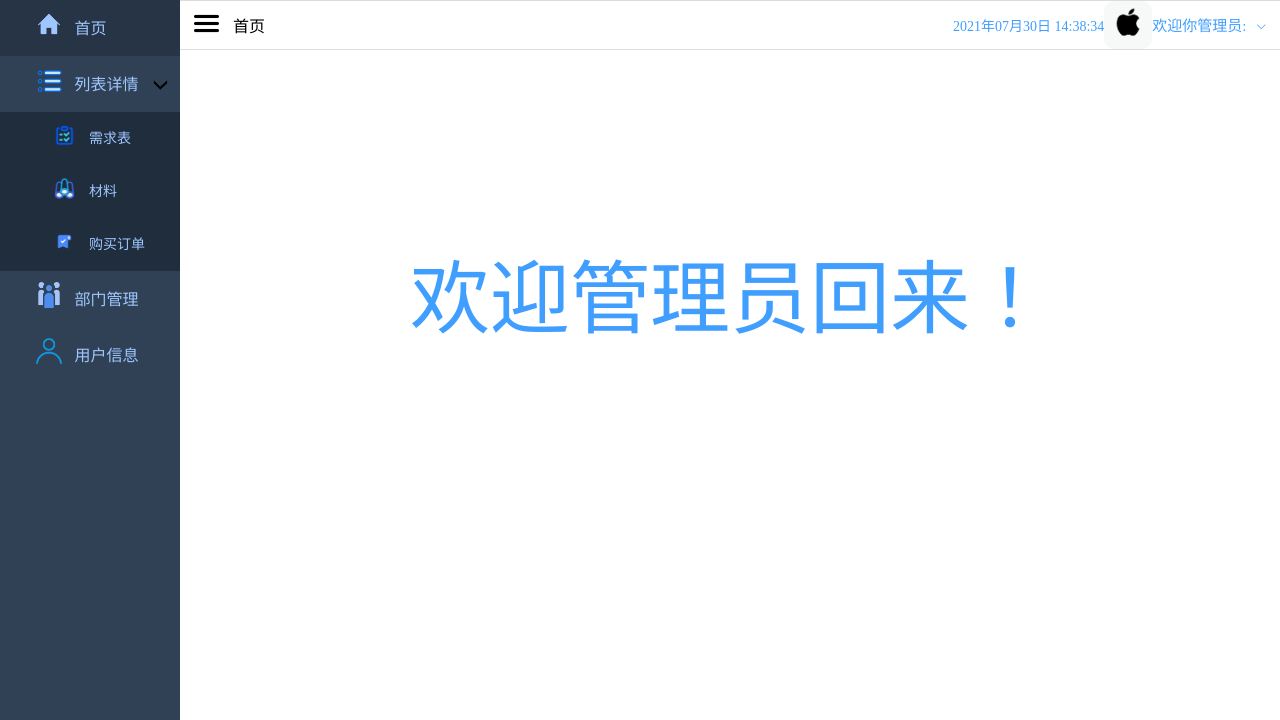
Repository: 572031690/fwwb-proj
Page: /#/home/body
The author's editor kept a copy of each file at every save. The page is drawn from the files as they stood at one save, then again after the next save.
The browser window is 1280 px wide. The pictures show the whole page.
The project was rebuilt for these pictures with package versions that can differ from the ones it lists, and the page was loaded fresh each time. Also part of the build but not shown: vue.config.js, src/unusercom/EditData.vue, src/components/Adddata.vue, src/view/home/User.vue, src/view/home/Item.vue, src/view/home/Buy.vue, src/components/Test.vue, src/components/ValidateCode.vue and 1 more.

Above is the page before, as saved 2021-08-12 19:19:29.

### public/index.html
<!DOCTYPE html>
<html lang="">
  <head>
    <meta charset="utf-8">
    <meta http-equiv="X-UA-Compatible" content="IE=edge">
    <meta name="viewport" content="width=device-width,initial-scale=1.0">
    <link rel="icon" href="<%= BASE_URL %>favicon.ico">
    <title><%= htmlWebpackPlugin.options.title %></title>
    <!-- 配置jquery -->
    <!-- <script src="http://ajax.googleapis.com/ajax/libs/jquery/1.8.0/jquery.min.js"></script> -->
     <!-- 百度的适口 -->
     <meta name="viewport" content="width=device-width,minimum-scale=1.0,maximum-scale=1.0,user-scalable=no">
     <!-- 搜索框 -->
     <meta http-equiv="X-UA-Compatible" content="IE=edge">
    <meta name="viewport" content="width=device-width, initial-scale=1.0">
    <link href="http://cdn.bootcss.com/font-awesome/4.7.0/css/font-awesome.min.css" rel="stylesheet">
  </head>
  <body>
    <noscript>
      <strong>We're sorry but <%= htmlWebpackPlugin.options.title %> doesn't work properly without JavaScript enabled. Please enable it to continue.</strong>
    </noscript>
    <div id="app"></div>
    <!-- built files will be auto injected -->
  </body>
</html>

### src/App.vue
<template>
  <div id="app" >
	  		<!-- <v-login></v-login> -->
			<router-view ></router-view>
	</div>
</template>

<script>

export default {
  data () {
    	return {

    	}
  	},
  	methods: {

  	},
  components: {
  },
  mounted () {
    this.$router.push({ path: 'login' }) // 页面跳转
  }
}

</script>

<style>

</style>

### src/assets/CSS/basic.css
a {
        text-decoration: none;
}

* {
        padding: 0;
        margin: 0;
}

html, body {
        height: 100%;
}

### src/view/Home.vue
<template>
  <div id="Home" ref="gobacklogin">
    <div :class="{ leftNavigation: navshow, leftNavigationChange: !navshow }">
      <div v-for="item in routerList" v-show="item.showtab">
        <div @click="judgeType(item)" class="navhome">
          <img :src="item.imgSrc" class="navhome-img" />
          <span class="spans1" :ref="item.ref">{{ item.label }}</span>
          <img
            v-if="item.type === 'tips'"
            :src="item.imgtips"
            class="arrow"
            ref="arrow"
          />
        </div>
        <!-- 子列表 -->
        <div
          class="navhome-box"
          ref="navhomebox"
          v-if="item.childrenList.length"
          v-show="item.showtab"
        >
          <transition name="navhom">
            <div class="navhome-son" v-show="navSonShow">
              <div
                @click="goToRouter(item)"
                v-for="(item, index) in item.childrenList"
              >
                <div class="namehome-son1">
                  <img :src="item.imgSrc" class="navson-img" />
                  <span :ref="item.ref">{{ item.label }}</span>
                </div>
              </div>
            </div>
          </transition>
        </div>

        <!-- <div class="navhome" @click="changearrow()" v-if="item.type === 'tips'">
          <img :src="item.imgSrc" class="navhome-img" />
          <span class="spans1" :ref="item.ref">{{ item.label }}</span>
          <img :src="item.imgtips" class="arrow" ref="arrow" />
        </div> -->
      </div>
      <!-- <router-link to="/home/homewel">
        <div class="navhome">
          <img src="../assets/homeimg.png" class="navhome-img" />
          <span class="spans1" ref="spans1">首页</span>
        </div>
      </router-link>
      <div class="navhome" @click="changearrow()" id="listlep">
        <img src="../assets/item.png" class="navhome-img" />
        <span ref="spans2">列表详情</span>
        <img src="../assets/小箭头.png" class="arrow" ref="arrow" />
      </div> -->

      <!-- <div class="navhome-box" ref="navhomebox">
        <transition name="navhom">
          <div class="navhome-son" v-show="navSonShow">
            <div @click="goToRouter">
              <div class="namehome-son1">
                <img src="../assets/body.png" class="navson-img" />
                <span ref="spans7">需求表</span>
              </div>
            </div>
            <router-link to="/home/item">
              <div class="namehome-son1">
                <img src="../assets/material.png" class="navson-img" />
                <span ref="spans6">材料</span>
              </div>
            </router-link>

            <router-link to="/home/buy">
              <div class="namehome-son1">
                <img src="../assets/buy.png" class="navson-img" />
                <span ref="spans5">购买订单</span>
              </div>
            </router-link>
          </div>
        </transition>
      </div> -->

      <!-- <div class="navhome-box" ref="navhomebox">
        <transition name="navhom">
          <div class="navhome-son" v-show="navSonShow">
            <div @click="goToRouter(item)" v-for="(item, index) in routerList">
              <div class="namehome-son1">
                <img :src="item.imgSrc" class="navson-img" />
                <span :ref="item.ref">{{ item.label }}</span>
              </div>
            </div>
          </div>
        </transition>
      </div> -->

      <!-- <router-link to="/home/department" v-show="admin">
        <div class="navhome">
          <img src="../assets/department.png" class="navhome-img" />
          <span ref="spans3">部门管理</span>
        </div>
      </router-link>
      <router-link to="/home/user" v-show="admin">
        <div class="navhome">
          <img src="../assets/user.png" class="navhome-img" />
          <span ref="spans8">用户信息</span>
        </div>
      </router-link> -->
    </div>

    <div
      :class="{ rightNavigation: navshow, rightNavigations: !navshow }"
      ref="right1"
    >
      <div class="rightnav-top">
        <div class="rightnav-topimg">
          <img
            src="../assets/heng.png"
            class="rightnav-topimghome"
            ref="rightnavtopimghome"
            @click="changehomeimg()"
          />
        </div>

        <span>首页</span>
        <!-- <v-search class="searchfa"></v-search> -->

        <div class="topright">
          <span class="top-time">{{ nowTime }}</span>
          <!-- 苹果图标 -->
          <img src="../assets/timg.jpg" class="timg" />
          <!-- 退出下拉框 -->
          <el-dropdown @command="gobacklogin" class="elsign-out">
            <span class="el-dropdown-link">
              欢迎你管理员: <span class="adminname">{{ adminname }} </span
              ><i class="el-icon-arrow-down el-icon--right"></i>
            </span>
            <el-dropdown-menu slot="dropdown">
              <el-dropdown-item command="a">退出登陆</el-dropdown-item>
            </el-dropdown-menu>
          </el-dropdown>
        </div>
      </div>

      <router-view></router-view>
    </div>
  </div>
</template>

<script>
// 引入jquery
// import $ from 'jquery'
// 引入搜索框
import EditData from "../unusercom/EditData.vue";

export default {
  data() {
    return {
      nowTime: "",
      thistime: "",
      key: 90,
      arrowflag: true,
      imghomeflag: true,
      adminname: "",
      departmentID: "",
      navshow: true,
      navSonShow: true,
      lastTime: 0, // 默认上一次点击时间为0
      admin: true,
      routerChioce: 1,
      routerList: [
        {
          type: "router",
          index: 1,
          path: "/home/homewel",
          label: "首页",
          ref: "spans1",
          disabled: false,
          imgSrc: require("@/assets/homeimg.png"),
          showtab: true,
          childrenList: []
        },
        {
          type: "tips",
          index: 2,
          path: "",
          label: "列表详情",
          ref: "spans2",
          disabled: true,
          imgSrc: require("@/assets/item.png"),
          imgtips: require("@/assets/小箭头.png"),
          showtab: true,
          childrenList: [
            {
              index: 21,
              path: "/home/body",
              label: "需求表",
              ref: "spans7",
              disabled: false,
              imgSrc: require("@/assets/body.png")
            },
            {
              index: 22,
              path: "/home/item",
              label: "材料",
              ref: "spans6",
              disabled: false,
              imgSrc: require("@/assets/material.png")
            },
            {
              index: 23,
              path: "/home/buy",
              label: "购买订单",
              ref: "spans5",
              disabled: false,
              imgSrc: require("@/assets/buy.png")
            }
          ]
        },
        {
          type: "router",
          index: 3,
          path: "/home/department",
          label: "部门管理",
          ref: "spans3",
          disabled: false,
          imgSrc: require("@/assets/department.png"),
          showtab: true,
          childrenList: []
        },
        {
          type: "router",
          index: 4,
          path: "/home/user",
          label: "用户信息",
          ref: "spans8",
          disabled: false,
          imgSrc: require("@/assets/user.png"),
          showtab: true,
          childrenList: []
        }
      ]
    };
  },
  methods: {
    // 旋转子列箭头
    changearrow() {
      this.navSonShow = !this.navSonShow;
      if (this.arrowflag) {
        this.$refs.arrow[0].style.transform = "rotate(270deg)";
        this.arrowflag = !this.arrowflag;
      } else {
        this.$refs.arrow[0].style.transform = "rotate(90deg)";
        this.arrowflag = !this.arrowflag;
      }
      // e.srcElement.style.transform="'rotate('+this.key+'deg)'";
      // e.srcElement.style.transform="rotate(180deg)";
      // console.log(e.srcElement.dataset.aid);
    },
    // 右边栏三条杠点击事件
    changehomeimg() {
      // 动画class绑定
      this.navshow = !this.navshow;
      let status = "none";
      let rotate = "rotate(90deg)";
      let times = 0;
      // 首页旁边三条杠图标旋转和文字消失
      if (this.imghomeflag) {
        status = "none";
        rotate = "rotate(90deg)";
        times = 0;
      } else {
        status = "block";
        rotate = "rotate(0deg)";
        times = 700;
      }
      this.$refs.rightnavtopimghome.style.transform = rotate;
      this.imghomeflag = !this.imghomeflag;
      const me = this;
      setTimeout(function() {
        me.$refs.spans1[0].style.display = status;
        me.$refs.spans2[0].style.display = status;
        me.$refs.spans3[0].style.display = status;
        me.$refs.arrow[0].style.display = status;
        me.$refs.spans5[0].style.display = status;
        me.$refs.spans6[0].style.display = status;
        me.$refs.spans7[0].style.display = status;
        me.$refs.spans8[0].style.display = status;
      }, times);
    },
    // 开始动画文字出现延迟
    changehomeimgCreate() {
      this.changehomeimg();
      this.changehomeimg();
    },

    // 退出登陆方法
    gobacklogin(command) {
      this.$confirm("是否退出登陆", "提示", {
        confirmButtonText: "确定",
        cancelButtonText: "取消",
        type: "warning"
      }).then(() => {
        sessionStorage.clear(); // 删除所有数据
        this.$router.push({ name: "login" }); // 直接跳转
        this.$message({
          type: "success",
          message: "退出登陆成功!"
        });
      });
    },

    // init(){
    //     this.$nextTick(()=>{
    //     var flagwel = this.$store.state.flagwel;
    //     this.$refs.welcomehome.style.display=flagwel;
    //     })
    // }
    // 显示当前时间（年月日时分秒）
    timeFormate(timeStamp) {
      const year = new Date(timeStamp).getFullYear();
      const month =
        new Date(timeStamp).getMonth() + 1 < 10
          ? "0" + (new Date(timeStamp).getMonth() + 1)
          : new Date(timeStamp).getMonth() + 1;
      const date =
        new Date(timeStamp).getDate() < 10
          ? "0" + new Date(timeStamp).getDate()
          : new Date(timeStamp).getDate();
      const hh =
        new Date(timeStamp).getHours() < 10
          ? "0" + new Date(timeStamp).getHours()
          : new Date(timeStamp).getHours();
      const mm =
        new Date(timeStamp).getMinutes() < 10
          ? "0" + new Date(timeStamp).getMinutes()
          : new Date(timeStamp).getMinutes();
      const ss =
        new Date(timeStamp).getSeconds() < 10
          ? "0" + new Date(timeStamp).getSeconds()
          : new Date(timeStamp).getSeconds();
      this.nowTime =
        year +
        "年" +
        month +
        "月" +
        date +
        "日" +
        " " +
        hh +
        ":" +
        mm +
        ":" +
        ss;
      // console.log(this.nowTime)
    },
    nowTimes() {
      const that = this;
      this.thistime = setInterval(function() {
        that.timeFormate(new Date());
      }, 1000);
    },
    clearTime() {
      clearInterval(this.thistime);
    },
    getAdminType() {
      // console.log(typeof this.departmentID)
      if (this.departmentID === "10000") {
        this.routerList[3].showtab = true;
        this.routerList[4].showtab = true;
      } else {
        this.routerList[3].showtab = false;
        this.routerList[4].showtab = false;
      }
    },
    judgeType(val) {
      if (val.type === "tips") this.changearrow();
      if (val.type === "router") this.goToRouter(val);
    },
    goToRouter(val) {
      if (!val.disabled) {
        this.$router.push({ path: val.path });
      } // 页面跳转
    }
  },
  components: {
    // 'v-body':Body
    "v-editdata": EditData
  },
  // store,
  mounted() {
    this.nowTimes();
    // document.getElementById('rightnav-topimghome').style.cursor = 'not-allowed' //设置鼠标样式为不可点击

    this.changehomeimgCreate();
    // 实现左边子栏的缓慢消失
    // $(document).ready(function(){
    // $("#listlep").click(function(){
    //     $(".navhome-son").slideToggle(500);
    //   });
    // });

    // //实现左边nav栏的缩小
    // $(document).ready(function(){
    // $('.rightnav-topimghome').click(function(){
    //     if($('.right-navigation').css("margin-left")=="180px"){
    //         $('.right-navigation').animate({
    //         'margin-left':'50px'
    //     },700);
    // }else{
    // $('.right-navigation').animate({
    //     'margin-left':'180px'
    //     },700);
    // }
    // });
    // });

    // $(document).ready(function(){
    // $('.rightnav-topimghome').click(function(){
    //     if($('.left-navigation').css("width")!="50px"){
    //         $('.left-navigation').animate({
    //         width:'50px'
    //     },700);
    // }else{
    // $('.left-navigation').animate({
    //     width:'180px'
    //     },700);
    // }
    // });
    // });

    this.adminname = window.sessionStorage.getItem("storeData"); // 获取浏览器缓存值
    this.departmentID = window.sessionStorage.getItem("sData");
    // this.getAdminType();
  },
  beforeDestroy() {
    this.clearTime();
  }
};
</script>
<style scoped>
#Home {
  height: 100%;
  width: 100%;
  background-color: white;
  display: flex;
  flex-direction: row;
}

.leftNavigation {
  position: fixed;
  display: inline-block;
  width: 180px;
  background-color: #304156;
  height: 100vh; /*占满一个屏幕的高度 */
  animation: navlong 0.7s;
}
.leftNavigationChange {
  position: fixed;
  width: 50px;
  background-color: #304156;
  height: 100vh; /*占满一个屏幕的高度 */
  animation: navshort 0.7s;
}

@keyframes navlong {
  0% {
    width: 50px;
  }
  100% {
    width: 180px;
  }
}

@keyframes navshort {
  0% {
    width: 180px;
  }
  100% {
    width: 50px;
  }
}
.leftNavigation a {
  text-decoration: none;
}

.navhome {
  display: flex;
  flex-direction: row; /*水平排布*/
  height: 34px;
  width: 100%;
  background-color: #304156;
  padding: 11px 0;
  transition: all 0.5s;
}
.navhome:hover {
  background-color: #263445;
  cursor: pointer;
}
.navhome-img {
  /* -webkit-transform:rotate(90deg); */
  height: 26px;
  margin: 0 7%;
  margin-left: 20%;
  vertical-align: middle;
  color: #409eff;
}
.navhome span {
  vertical-align: middle;
  font-size: 16px;
  color: #9fc6ff;
  margin-top: 4px;
}
.arrow {
  margin-top: 5px;
  margin-left: 5%;
  height: 25px;
  vertical-align: middle;
  transition: all 0.5s;
  transform: rotate(90deg);
}

.navhom-enter-active,
.navhom-leave-active {
  transition: all 0.5s;
}
.navhom-enter,
.navhom-leave-to {
  height: 0;
}
.navhom-enter-to,
.navhom-leave {
  height: 159px;
}
.navhome-son {
  cursor: pointer;
  background-color: #1f2d3d;
  overflow: hidden;
}
.namehome-son1 {
  display: flex;
  flex-direction: row; /*水平排布*/
  transition: all 1.5s;
  width: 100%;
  height: 47px;
  padding: 3px 0;
}
.namehome-son1:hover {
  background-color: #001121;
}
.navson-img {
  height: 21px;
  margin: 10px 5px;
  margin-left: 30%;
  vertical-align: middle;
  color: #409eff;
}
.navhome-son span {
  vertical-align: middle;
  font-size: 14px;
  margin-top: 12px;
  color: #9fc6ff;
  margin-left: 5%;
}
.rightNavigation {
  display: inline-block;
  width: 100%;
  margin-left: 180px;
  animation: rightNavlong 0.7s;
}
.rightNavigations {
  display: inline-block;
  width: 100%; /**/
  margin-left: 50px;
  animation: rightNavshort 0.7s;
}
@keyframes rightNavlong {
  0% {
    margin-left: 50px;
  }
  100% {
    margin-left: 180px;
  }
}
@keyframes rightNavshort {
  0% {
    margin-left: 180px;
  }
  100% {
    margin-left: 50px;
  }
}
.rightnav-top {
  width: 100%;
  height: 48px;
  display: flex;
  flex-direction: row;
  border-bottom: 1px solid #dadce0;
  border-top: 1px solid #dadce0;
}
.rightnav-topimg {
  padding: 0 14px;
  height: 50px;
}
.rightnav-topimghome {
  cursor: pointer;
  margin-top: 10px;
  height: 25px;
  transition: all 0.4s;
}
.rightnav-top span {
  padding-top: 12px;
  /* margin-left: 10px; */
}
.top-time {
  color: #409eff;
  font-size: 14px;
  margin-top: 2px;
}
.topright {
  float: right;
  right: 1%;
  position: absolute;
  display: flex;
}
.timg {
  height: 48px;
  cursor: pointer;
  border-radius: 10px;
}
.weltop {
  font-size: 14px;
}
#eldown {
  margin-top: 1px;
  font-size: 20px;
}
.elsign-out {
  padding-top: 13px;
}
.el-dropdown-link {
  cursor: pointer;
  color: #409eff;
  font-size: 15px;
}
.el-icon-arrow-down {
  font-size: 12px;
}
.adminname {
  color: black;
  font-size: 15px;
}
</style>

### src/view/home/HomeWel.vue
<template>
    <div>
        <div class="welcomehome" ref="welcomehome">
                欢迎管理员回来！
        </div>
    </div>
</template>
<script>
export default {
  data () {
    return {

    }
  }
}
</script>
<style scoped>
    .welcomehome{
        line-height: 500px;
        text-align: center;
        font-size: 80px;
        color: #409EFF;
    }
</style>

### src/components/login.vue
<template lang="">
    <div>

    </div>
</template>
<script>
export default {
  data () {
    return {

    }
  },
  mounted () {
    this.$router.push({ path: 'homewel' }) // 页面跳转
  }
}
</script>

Loaded but not shown: src/plugins/element.js (common file); src/router/index.js (63 lines, source omitted); src/main.js (17 lines, source omitted); src/store/index.js (26 lines, source omitted); src/view/home/Body.vue (1009 lines, source omitted); src/view/Login.vue (731 lines, source omitted); src/components/Drawer.vue (271 lines, source omitted)

After the next save:
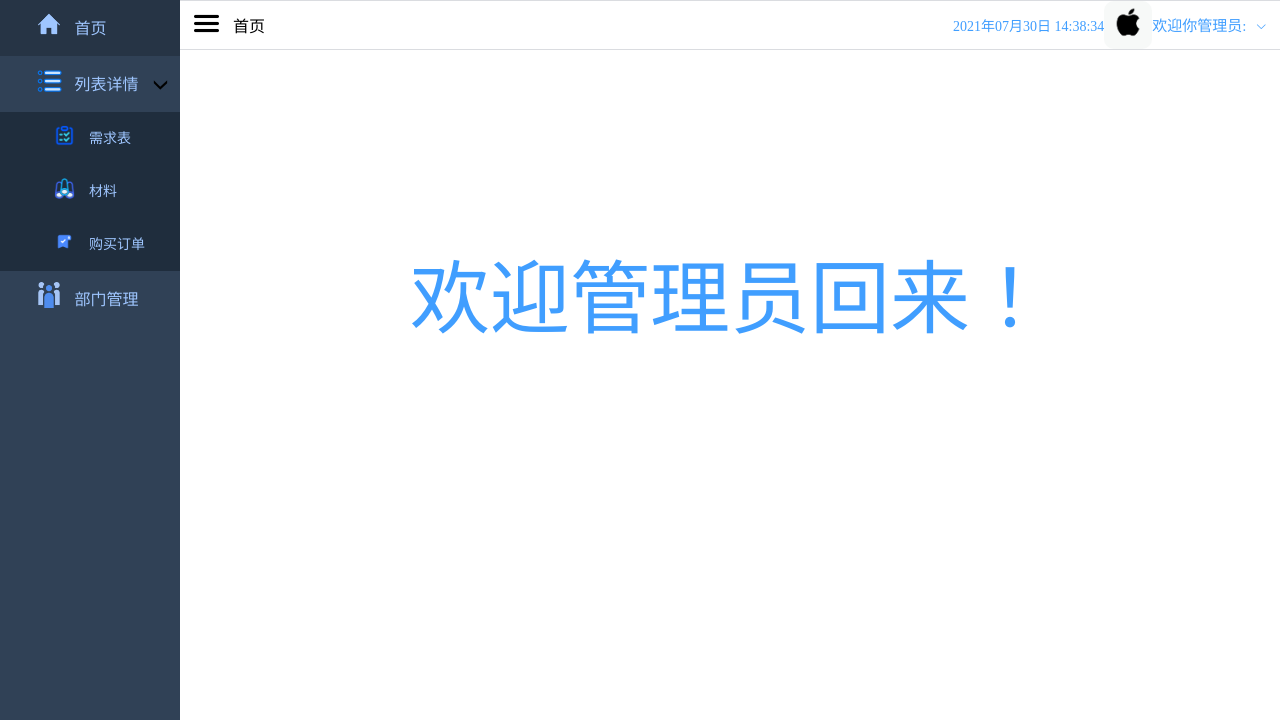
Saved 12 s later.
--- a/src/view/Home.vue
+++ b/src/view/Home.vue
@@ -428,7 +428,7 @@ export default {
 
     this.adminname = window.sessionStorage.getItem("storeData"); // 获取浏览器缓存值
     this.departmentID = window.sessionStorage.getItem("sData");
-    // this.getAdminType();
+    this.getAdminType();
   },
   beforeDestroy() {
     this.clearTime();

After the 3 saves that followed:
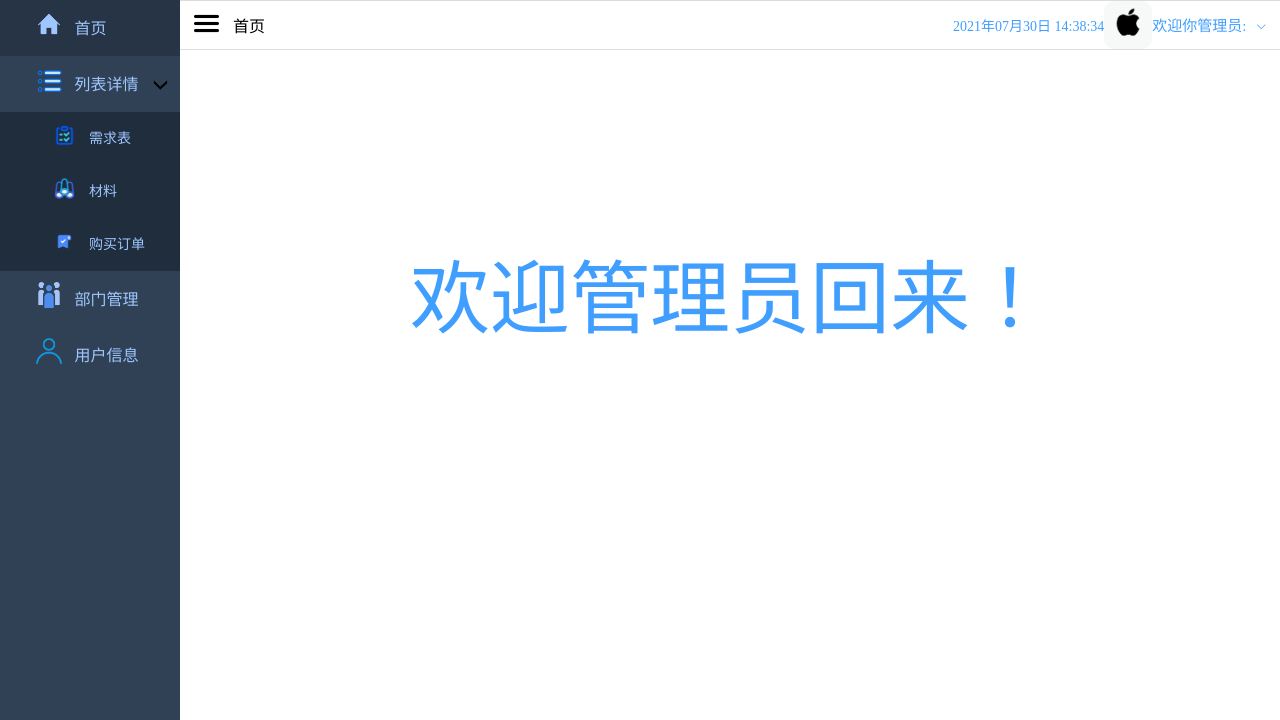
The 3 saves are shown as one change because 2 left the picture as it was.
The last was saved 2 min 25 s later.
--- a/src/view/Home.vue
+++ b/src/view/Home.vue
@@ -366,8 +366,8 @@ export default {
         this.routerList[3].showtab = true;
         this.routerList[4].showtab = true;
       } else {
+        this.routerList[4].showtab = false;
         this.routerList[3].showtab = false;
-        this.routerList[4].showtab = false;
       }
     },
     judgeType(val) {
